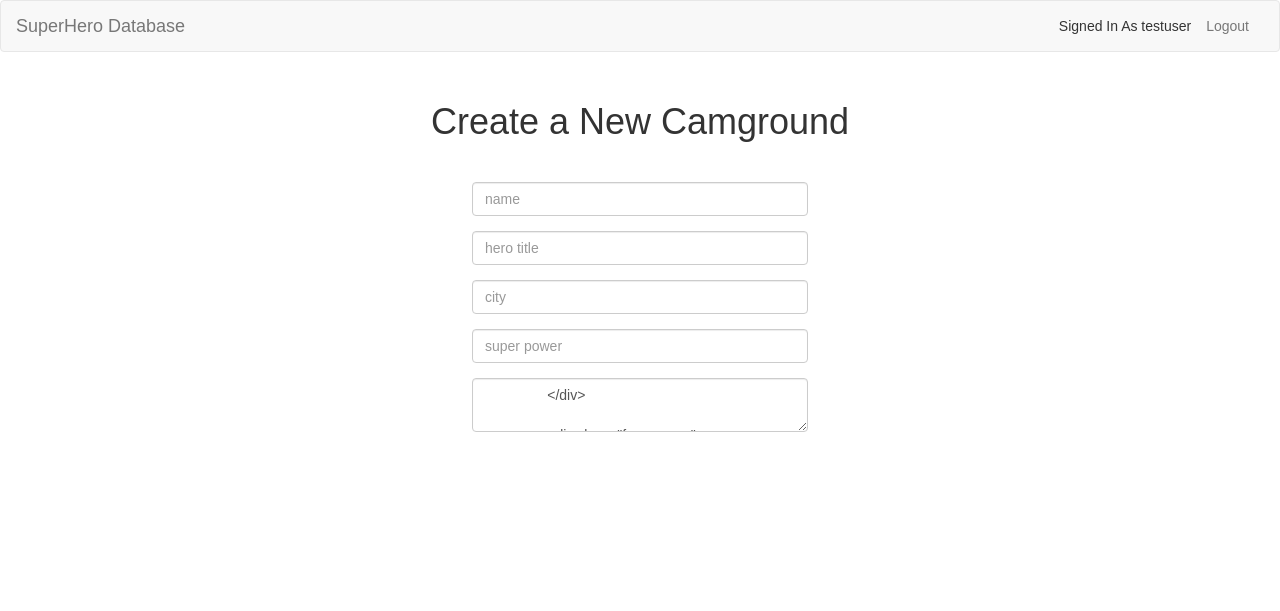
Repository: VincentChan5650/Hero-Database
Page: http://localhost/heroLists/new
The author's editor kept a record of every edit. The page is drawn from the files as they stood at one moment, then again after the next edit.
The browser window is 1280 px wide. The pictures show the whole page.
Some web fonts or font styles are not loaded; a fallback is used. The page is served by the project's Node server (app.js). A made-up user is signed in: {"id": 1, "_id": "000000000000000000000001", "name": "Test User", "username": "testuser", "email": "test@example.com", "role": "admin"}.

Above is the page before.

After the next edit:
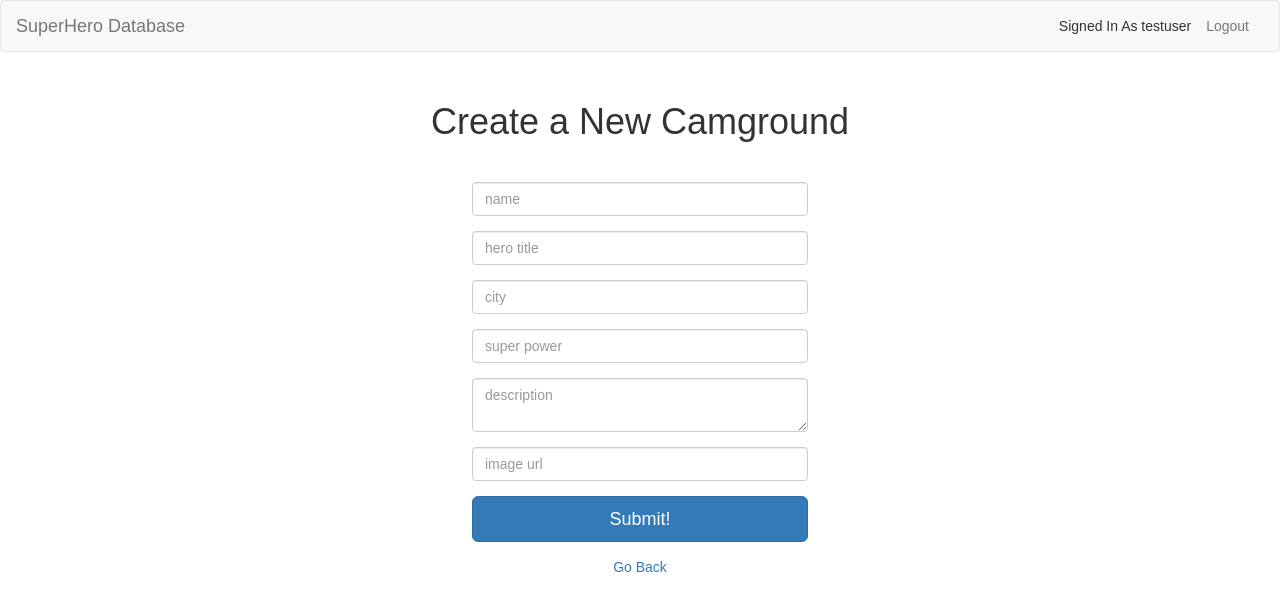
The edit:
--- a/views/new.ejs
+++ b/views/new.ejs
@@ -23,7 +23,7 @@
                 </div>
 
                 <div class="form-group">
-                    <textarea class="form-control" type="text" name = "description" placeholder = "description">
+                    <textarea class="form-control" type="text" name = "description" placeholder = "description"></textarea>
                 </div>
 
                 <div class="form-group">
